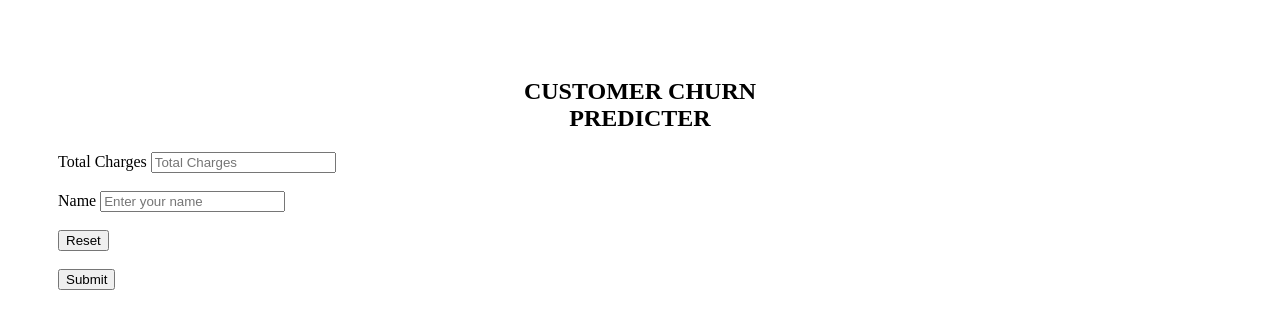
Repository: Cedrqmwesigwa/customer-churn-Bank
Page: index.html
An editor plug-in stored every save of this project. The page is shown before and after a run of saves, followed by the edit.
The browser window is 1280 px wide. The pictures show the whole page.

Above is the page before, as saved 2024-05-21 03:32:46.

After the next 2 saves:
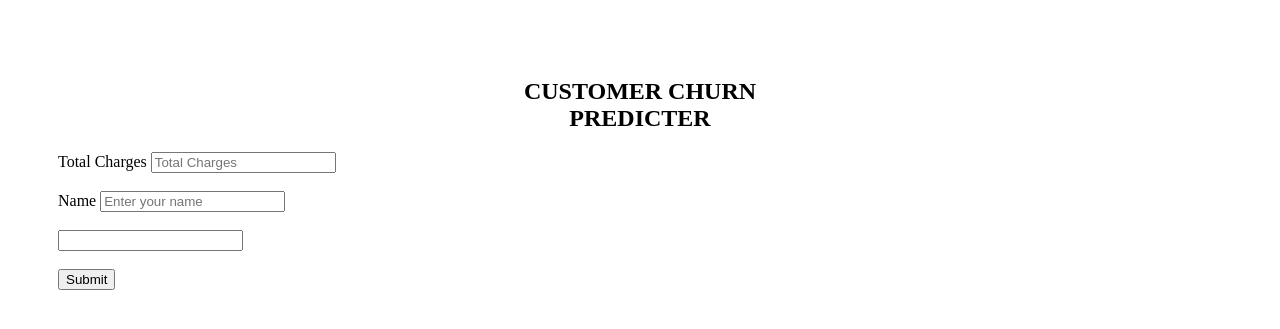
The 2 saves are shown as one change because they came seconds apart.
The last was saved 8 s later.
--- a/index.html
+++ b/index.html
@@ -45,7 +45,7 @@
                     <br>
 
                     <div>
-                        <input type="reset">
+                        <input type="">
                     </div>
 
                     <br>

After the save that followed:
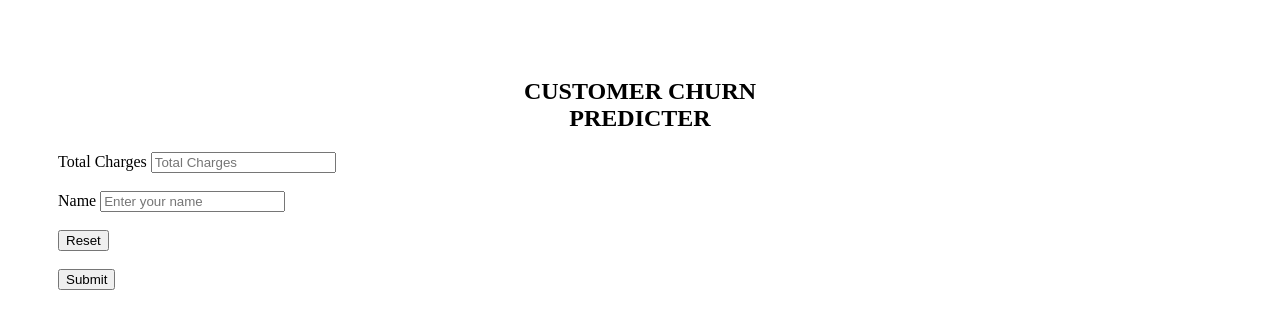
Saved 4 s later.
--- a/index.html
+++ b/index.html
@@ -45,7 +45,7 @@
                     <br>
 
                     <div>
-                        <input type="">
+                        <input type="RESET">
                     </div>
 
                     <br>
